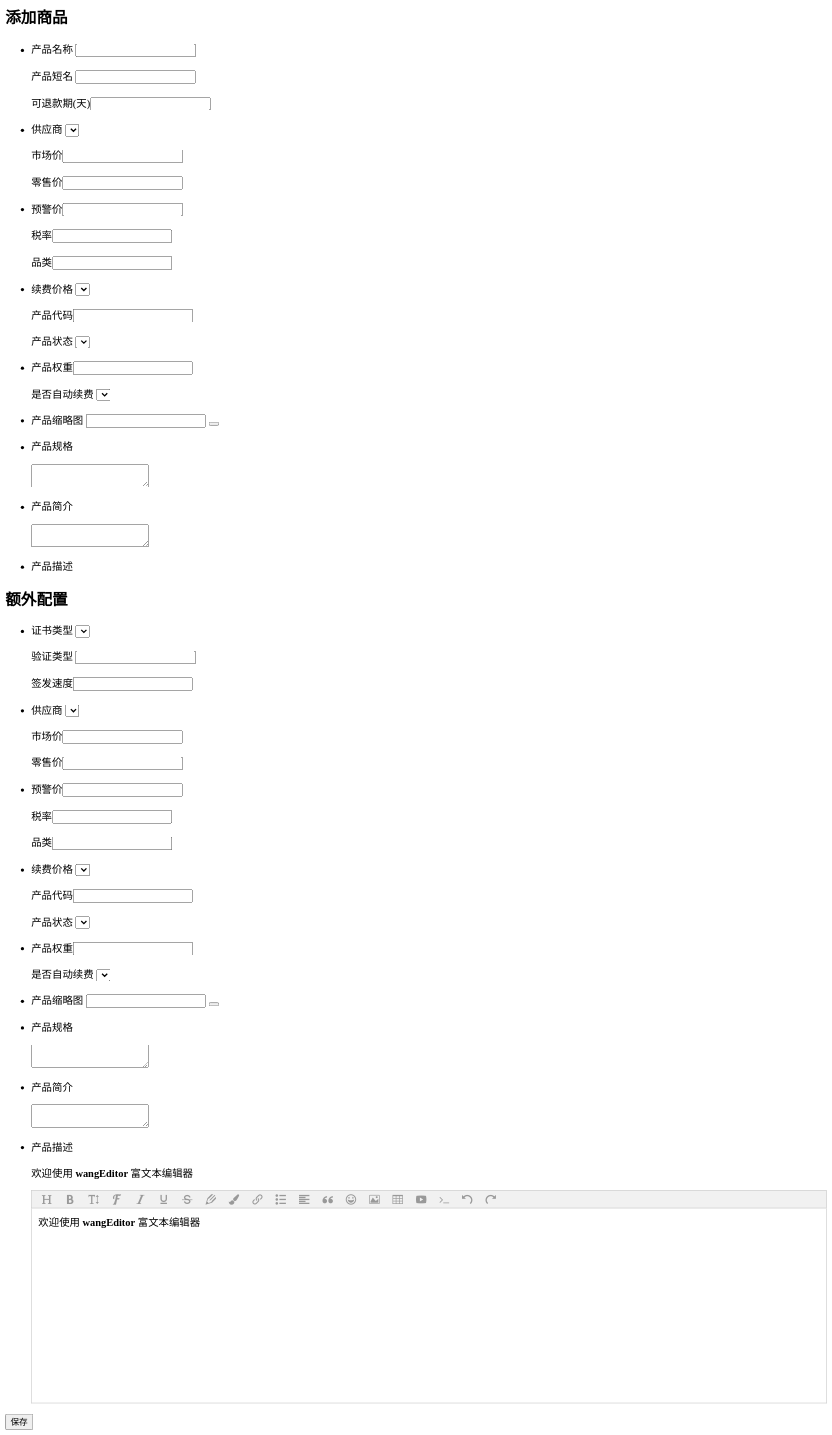
Repository: wangyan466393/racentSystem
Page: addProduct.html
An editor plug-in stored every save of this project. The page is shown before and after the next save, followed by the edit.
The browser window is 1280 px wide. The pictures show the whole page, at 65% of full size.

Above is the page before, as saved 2020-08-19 21:47:11.

### addProduct.html
<div id="content_box">
    <h2>添加商品</h2>
    <div class="config_box">
        <div class="price_content">
            <ul>
                <li>
                    <p>
                        <span>产品名称</span>
                        <input type="text" >
                    </p>
                    <p>
                        <span>产品短名</span>
                        <input type="text" >
                    </p>
                    <p>
                        <span>可退款期(天)</span><input type="number" >
                    </p>
                </li>
                <li>
                    <p>
                        <span>供应商</span>
                        <select name="" id="" class="sel">
                            <option value=""></option>
                        </select>
                    </p>
                    <p>
                        <span>市场价</span><input type="number" >
                    </p>
                    <p>
                        <span>零售价</span><input type="number" >
                    </p>
                </li>
                <li>
                    <p>
                        <span>预警价</span><input type="number" >
                    </p>
                    <p>
                        <span>税率</span><input type="number" >
                    </p>
                    <p>
                        <span>品类</span><input type="text" >
                    </p>
                </li>
                <li>
                    <p>
                        <span>续费价格</span>
                        <select name="" id="" class="sel">
                            <option value=""></option>
                        </select>
                    </p>
                    <p>
                        <span>产品代码</span><input type="text" >
                    </p>
                    <p>
                        <span>产品状态</span>
                        <select name="" id="" class="sel">
                            <option value=""></option>
                        </select>
                    </p>
                </li>
                <li>

                    <p>
                        <span>产品权重</span><input type="text">
                    </p>
                    <p>
                        <span>是否自动续费</span>
                        <select name="" id="" class="sel">
                            <option value=""></option>
                        </select>
                    </p>
                    <p></p>
                </li>
                <li>
                    <p class="thumb_box">
                        <span>产品缩略图</span>
                        <label class="input_group">
                            <input type="text" class="form-control">
                            <span class="input-group-btn">
                                <button type="button" class="btn"></button>
                            </span>
                        </label>
                    </p>
                </li>
                <li>
                    <p> <span>产品规格</span></p>
                    <textarea class="e_content description"></textarea>
                </li>
                <li>
                    <p> <span>产品简介</span></p>
                    <textarea class="e_content description"></textarea>

                </li>
                <li>
                    <p> <span>产品描述</span></p>
                    <div id="editor" style="width: 100%;">
                        <p>欢迎使用 <b>wangEditor</b> 富文本编辑器</p>
                    </div>

                </li>
            </ul>
        </div>
    </div>

    <h2>额外配置</h2>
    <div class="config_box">
        <div class="price_content">
            <ul>
                <li>
                    <p>
                        <span>证书类型</span>
                        <select name="" id="" class="sel">
                            <option value=""></option>
                        </select>
                    </p>
                    <p>
                        <span>验证类型</span>
                        <input type="text" >
                    </p>
                    <p>
                        <span>签发速度</span><input type="text" >
                    </p>
                </li>
                <li>
                    <p>
                        <span>供应商</span>
                        <select name="" id="" class="sel">
                            <option value=""></option>
                        </select>
                    </p>
                    <p>
                        <span>市场价</span><input type="number" >
                    </p>
                    <p>
                        <span>零售价</span><input type="number" >
                    </p>
                </li>
                <li>
                    <p>
                        <span>预警价</span><input type="number" >
                    </p>
                    <p>
                        <span>税率</span><input type="number" >
                    </p>
                    <p>
                        <span>品类</span><input type="text" >
                    </p>
                </li>
                <li>
                    <p>
                        <span>续费价格</span>
                        <select name="" id="" class="sel">
                            <option value=""></option>
                        </select>
                    </p>
                    <p>
                        <span>产品代码</span><input type="text" >
                    </p>
                    <p>
                        <span>产品状态</span>
                        <select name="" id="" class="sel">
                            <option value=""></option>
                        </select>
                    </p>
                </li>
                <li>

                    <p>
                        <span>产品权重</span><input type="text">
                    </p>
                    <p>
                        <span>是否自动续费</span>
                        <select name="" id="" class="sel">
                            <option value=""></option>
                        </select>
                    </p>
                    <p></p>
                </li>
                <li>
                    <p class="thumb_box">
                        <span>产品缩略图</span>
                        <label class="input_group">
                            <input type="text" class="form-control">
                            <span class="input-group-btn">
                                <button type="button" class="btn"></button>
                            </span>
                        </label>
                    </p>
                </li>
                <li>
                    <p> <span>产品规格</span></p>
                    <textarea class="e_content description"></textarea>
                </li>
                <li>
                    <p> <span>产品简介</span></p>
                    <textarea class="e_content description"></textarea>

                </li>
                <li>
                    <p> <span>产品描述</span></p>
                    <div id="editor" style="width: 100%;">
                        <p>欢迎使用 <b>wangEditor</b> 富文本编辑器</p>
                    </div>

                </li>
            </ul>
        </div>
    </div>
</div>
<div class="email_back_btn">
    <button type="button">保存</button>
</div>







<script src="js/wangEditor.min.js"></script>

<script>

    var E = window.wangEditor
    var editor = new E('#editor')
    // 或者 var editor = new E( document.getElementById('editor') )
    editor.customConfig.menus = [
        'head',  // 标题
        'bold',  // 粗体
        'fontSize',  // 字号
        'fontName',  // 字体
        'italic',  // 斜体
        'underline',  // 下划线
        'strikeThrough',  // 删除线
        'foreColor',  // 文字颜色
        'backColor',  // 背景颜色
        'link',  // 插入链接
        'list',  // 列表
        'justify',  // 对齐方式
        'quote',  // 引用
        'emoticon',  // 表情
        'image',  // 插入图片
        'table',  // 表格
        'video',  // 插入视频
        'code',  // 插入代码
        'undo',  // 撤销
        'redo'  // 重复
    ]
    editor.create()
</script>

Loaded but not shown: js/wangEditor.min.js (library)

After the next save:
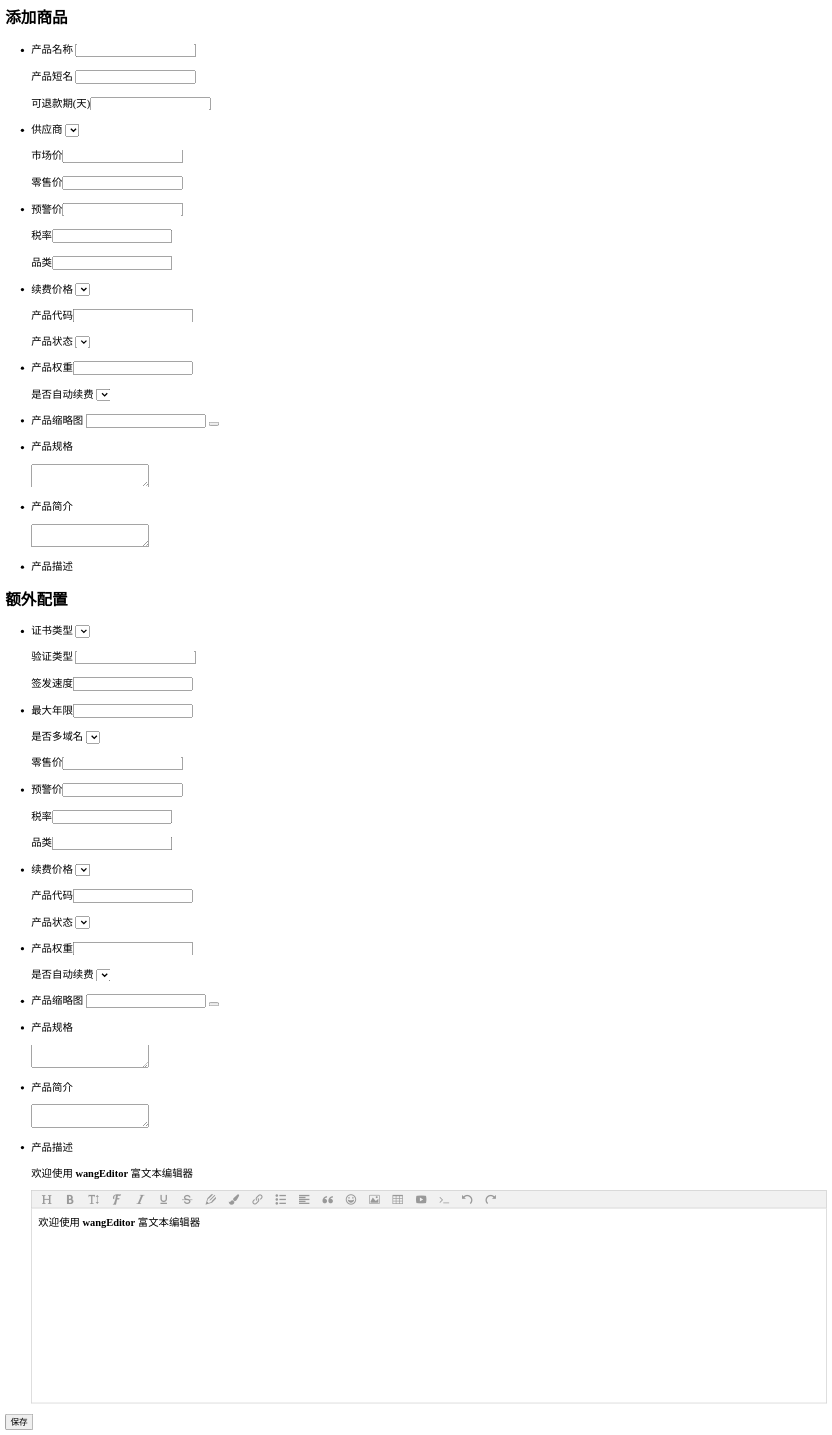
Saved 32 s later.
--- a/addProduct.html
+++ b/addProduct.html
@@ -122,14 +122,15 @@
                     </p>
                 </li>
                 <li>
-                    <p>
-                        <span>供应商</span>
-                        <select name="" id="" class="sel">
-                            <option value=""></option>
-                        </select>
-                    </p>
-                    <p>
-                        <span>市场价</span><input type="number" >
+
+                    <p>
+                        <span>最大年限</span><input type="number" >
+                    </p>
+                    <p>
+                        <span>是否多域名</span>
+                        <select name="" id="" class="sel">
+                            <option value=""></option>
+                        </select>
                     </p>
                     <p>
                         <span>零售价</span><input type="number" >
